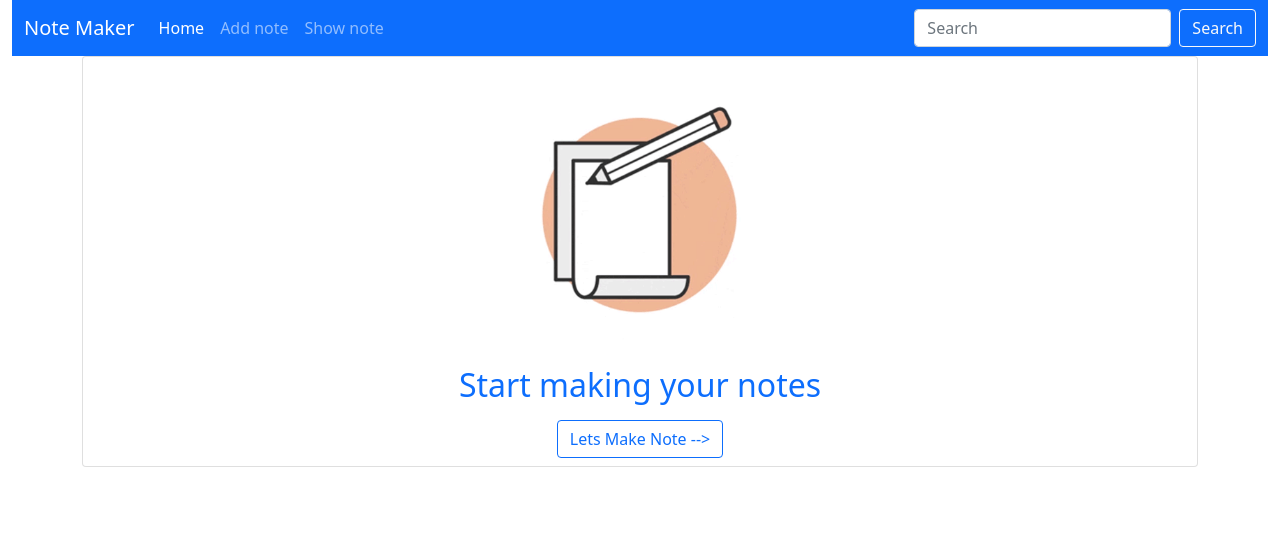
Repository: sachin1830/hibernateproject
Page: http://localhost/com.todolist/
The author's editor kept a copy of each file at every save. The page is drawn from the files as they stood at one save, then again after the next save.
The browser window is 1280 px wide. The pictures show the whole page.
Some web libraries are served in a nearby version. The page is served by Tomcat 9.

Above is the page before, as saved 2021-01-23 06:17:46.

After the next save:
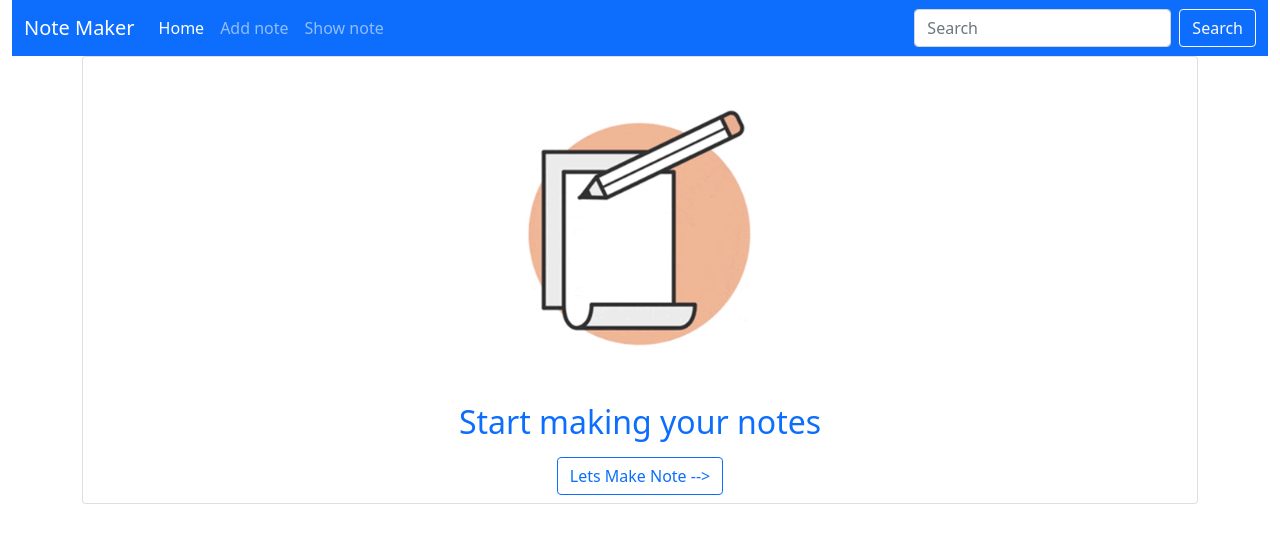
Saved 65 s later.
--- a/com.todolist/src/main/webapp/index.jsp
+++ b/com.todolist/src/main/webapp/index.jsp
@@ -16,7 +16,7 @@
   	</div>
   	<div class="container">
   		<div class="card">
-  			<img src="img/notetaking.gif" alt="image not found" style="max-width:400px" class="img-fluid mx-auto p-4">
+  			<img src="img/notetaking.gif" alt="image not found" style="max-width:450px" class="img-fluid mx-auto p-4">
   			<h2 class="text-center text-primary">Start making your notes </h2>
   			<div class="container text-center">
   			<a class="btn btn-outline-primary m-2" href="add_note.jsp">Lets Make Note --></a>
